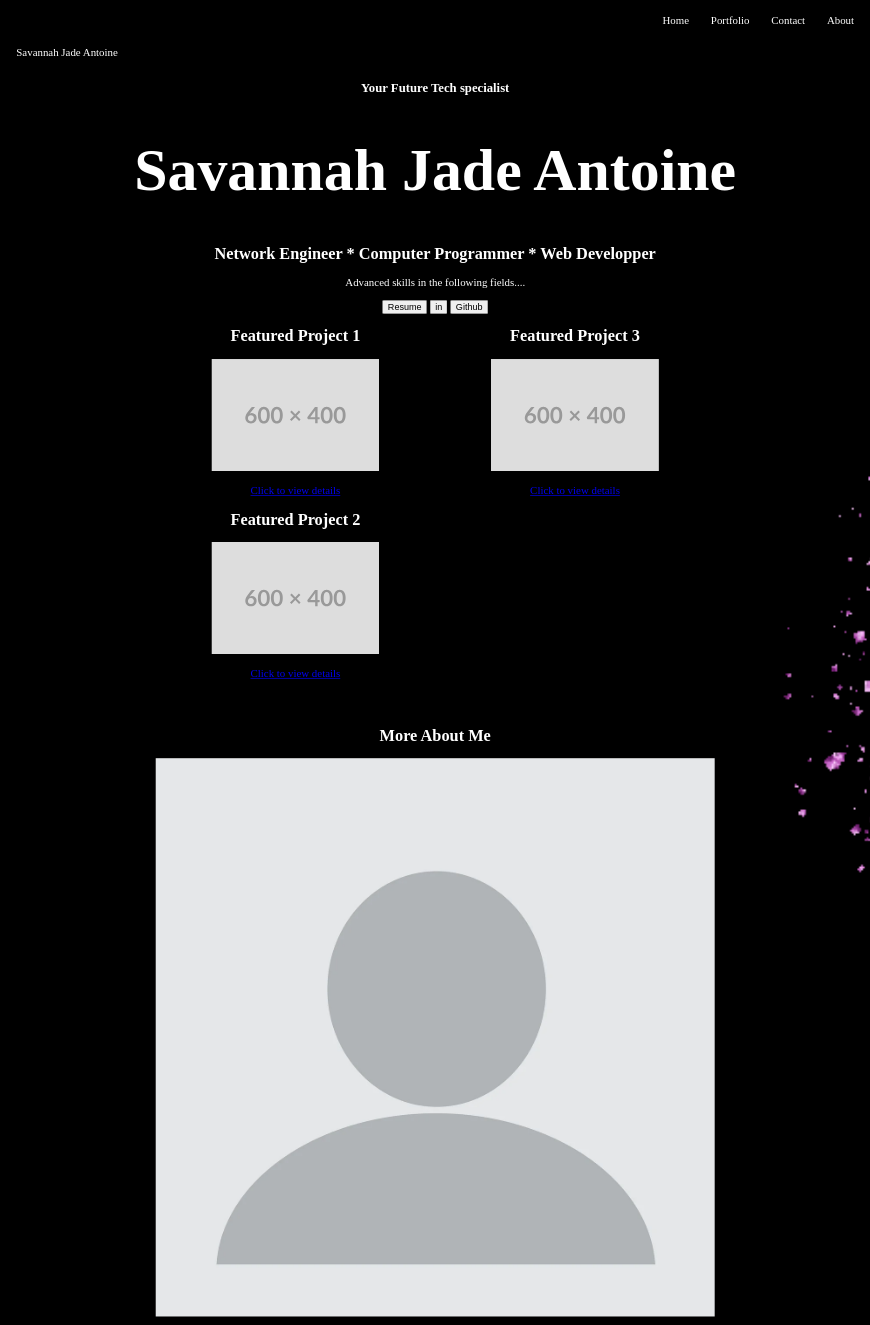
Repository: Savannah-Antoine/Savannah-Antoine
Page: index.html
An editor plug-in stored every save of this project. The page is shown before and after the next save, followed by the edit.
The browser window is 1280 px wide. The pictures show the whole page, at 68% of full size.

Above is the page before, as saved 2026-05-14 13:28:55.

After the next save:
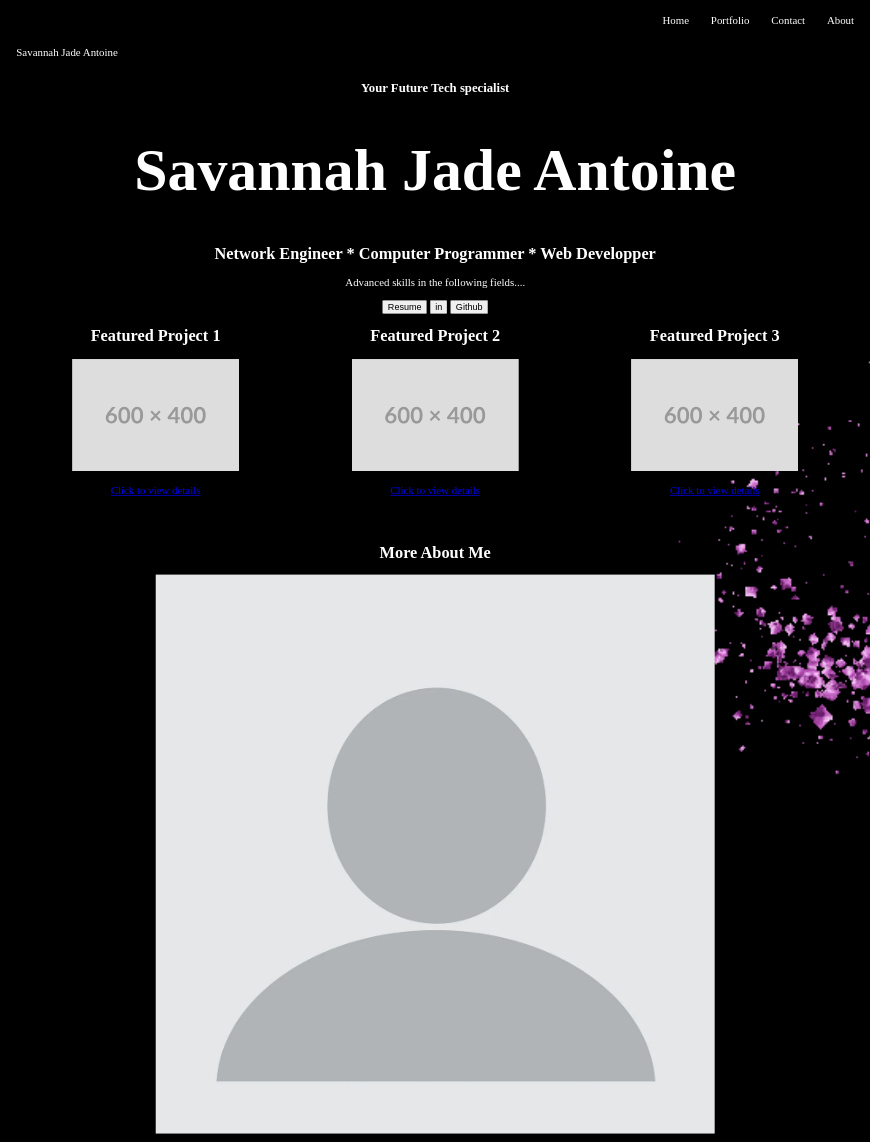
Saved 21 h 36 min later.
--- a/index.html
+++ b/index.html
@@ -31,14 +31,14 @@
 </header>
 <main class = "container">
 <section>
-<div >
+
 <h2>Featured Project 1</h2>
 <img src = "./assets/images/placeholder1.svg" alt = "First Portfolio placeholder image" />
 <p><a href = "./pages/project-name-1.html">Click to view details</a></p>
+</section>
 
-</div>
 
-<div>
+<section>
 <h2>Featured Project 2</h2>
 <img src = "./assets/images/placeholder1.svg" alt = "Second Portfolio placeholder image" />
 <p><a href = "./pages/project-name-2.html">Click to view details</a></p>
@@ -47,7 +47,7 @@
 <h2>Featured Project 3</h2>
 <img src = "./assets/images/placeholder1.svg" alt = "Third Portfolio placeholder image" />
 <p><a href = "./pages/project-name-3.html">Click to view details</a></p>
-
+</section>
 </div>
 </section>
 <div>
